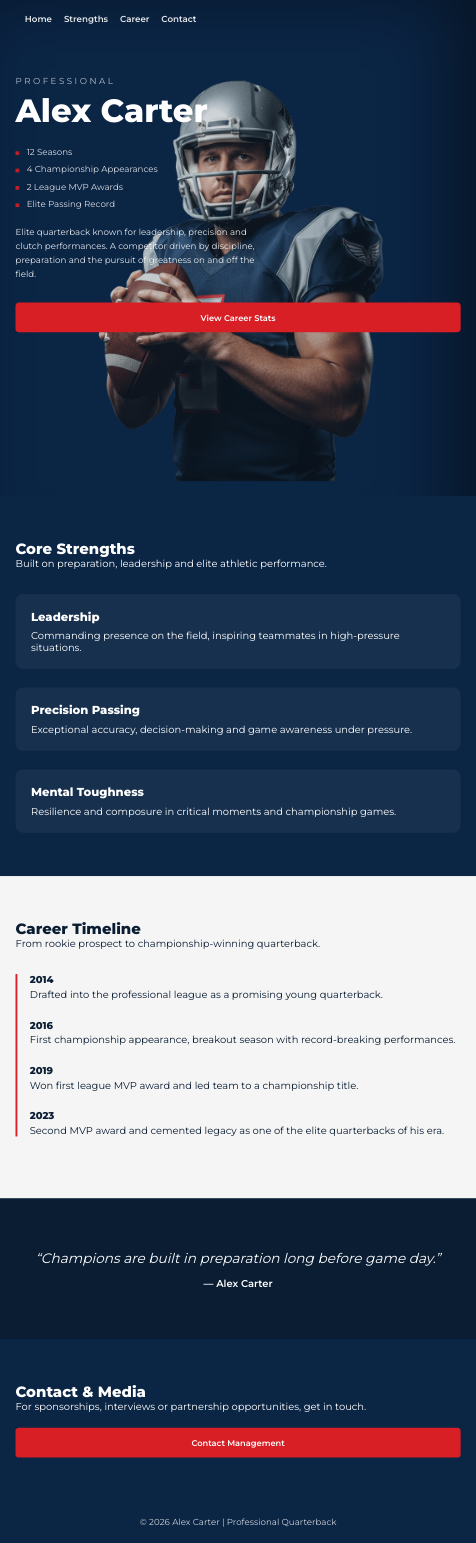
Repository: davidfsillva/Alex-Carter
Page: index.html
The author's editor kept a copy of each file at every save. The page is drawn from the files as they stood at one save, then again after the next save.
The browser window is 768 px wide. The pictures show the whole page, at 62% of full size.

Above is the page before, as saved 2026-02-12 15:17:00.

After the next save:
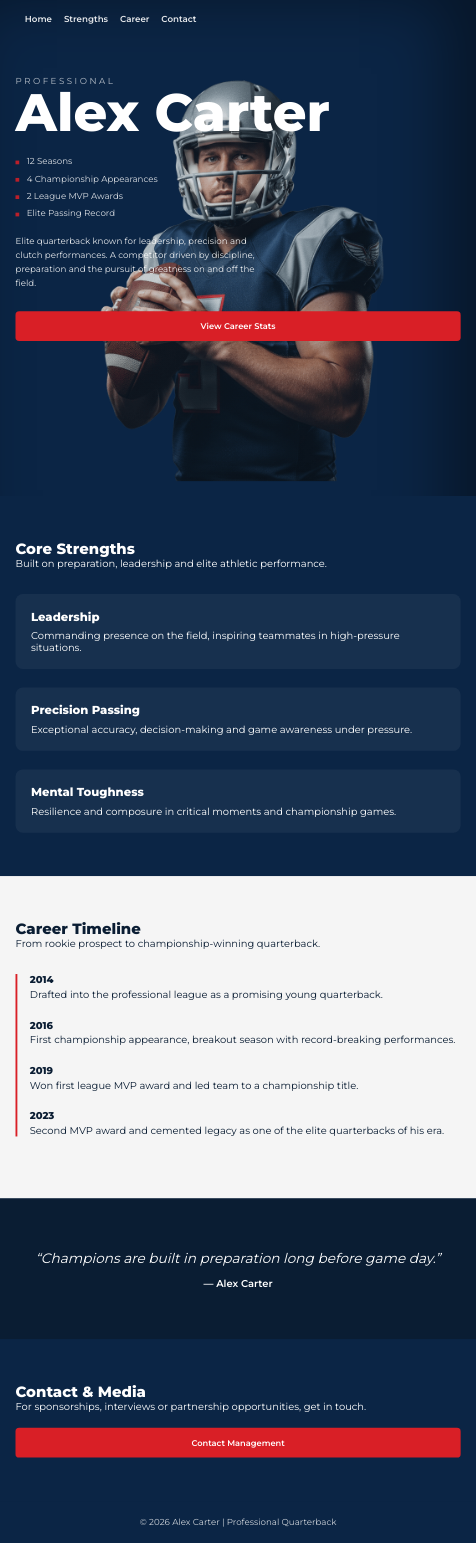
Saved 2 min 18 s later.
--- a/style.css
+++ b/style.css
@@ -316,9 +316,9 @@
     display: none;
   }
 
+
   .hero-left h1 {
-    font-size: 52px;
-    line-height: 1.1;
+    margin-top: 5px;
   }
 
   .stats li {
